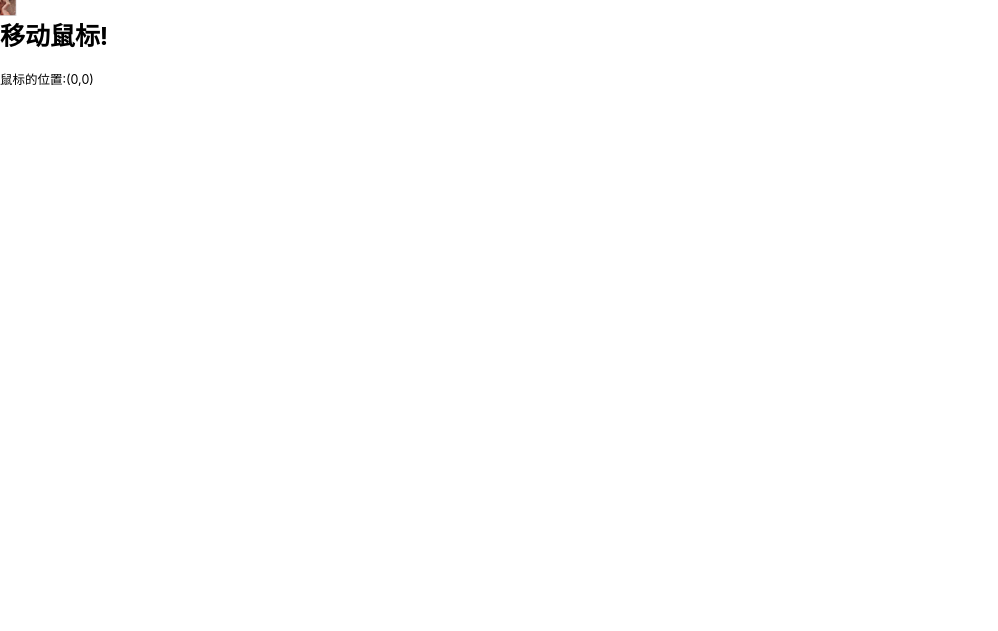
Repository: AprilChou4/cra-demo
Page: / (app in demo7-react生命周期/)
The author's editor kept a copy of each file at every save. The page is drawn from the files as they stood at one save, then again after the next save.
The browser window is 1280 px wide. The pictures show the whole page, at 78% of full size.
The project was rebuilt for these pictures with package versions that can differ from the ones it lists, and the page was loaded fresh each time.

Above is the page before, as saved 2021-02-25 14:27:14.

### demo7-react生命周期/src/index.js
import React from 'react';
import ReactDOM from 'react-dom';
import './index.css';
// import App from './component/ReactLife163';
// contex的通信
// import App from './component/Context';
// 组件的复用
import App from './component/UsePublic';

ReactDOM.render(
  // <React.StrictMode>
  <App />,
  // </React.StrictMode>,
  document.getElementById('root'),
);

### demo7-react生命周期/src/component/UsePublic/index.jsx
import React from 'react';
import Mouse from './Mouse'
import kingImg from './mouse.png';

class MouseTracker extends React.Component {
    render() {
      return (
        <>
          <h1>移动鼠标!</h1>
          <Mouse render={({x,y})=>{
              return <img src={kingImg} alt="鼠标跟随" style={{position:'absolute',top:y,left:x,transform:'translate(-50%,-50%)'}}/>
          }}/>
        </>
      );
    }
  }
export default MouseTracker;

### demo7-react生命周期/src/component/UsePublic/Mouse.jsx
import React from 'react';
import kingImg from './mouse.png';
class Mouse extends React.Component {
    constructor(props){
        super(props);
        this.state={
            x:0,
            y:0,
        }
        this.handleMouseMove=this.handleMouseMove.bind(this);
    }
    handleMouseMove(e){
        this.setState({
            x:e.clientX,
            y:e.clientY
        })
    }
    render(){
        const {x,y}=this.state;
        return (<div style={{ height: '100vh' }} onMouseMove={this.handleMouseMove}>
            鼠标的位置:({this.state.x},{this.state.y})
           {this.props.render(this.state)}
        </div>)
    }
}
export default Mouse;

Loaded but not shown: demo7-react生命周期/public/index.html (common file); demo7-react生命周期/src/index.css (common file)

After the next save:
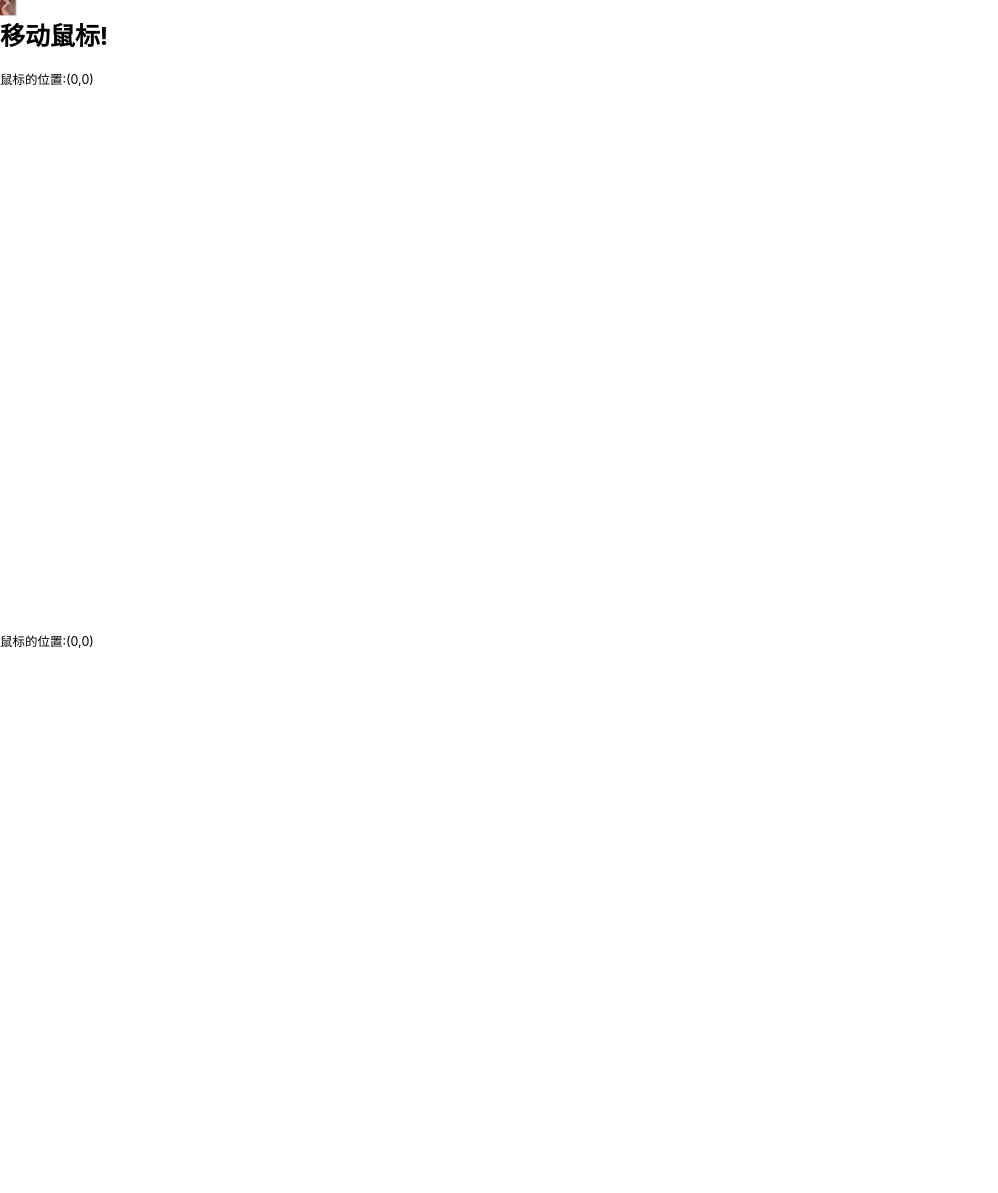
Saved 26 s later.
--- a/demo7-react生命周期/src/component/UsePublic/index.jsx
+++ b/demo7-react生命周期/src/component/UsePublic/index.jsx
@@ -10,6 +10,9 @@ class MouseTracker extends React.Component {
           <Mouse render={({x,y})=>{
               return <img src={kingImg} alt="鼠标跟随" style={{position:'absolute',top:y,left:x,transform:'translate(-50%,-50%)'}}/>
           }}/>
+          <Mouse render={({x,y})=>{
+              return <img src={kingImg} alt="鼠标跟随" style={{position:'absolute',top:y,left:x,transform:'translate(-50%,-50%)'}}/>
+          }}/>
         </>
       );
     }
